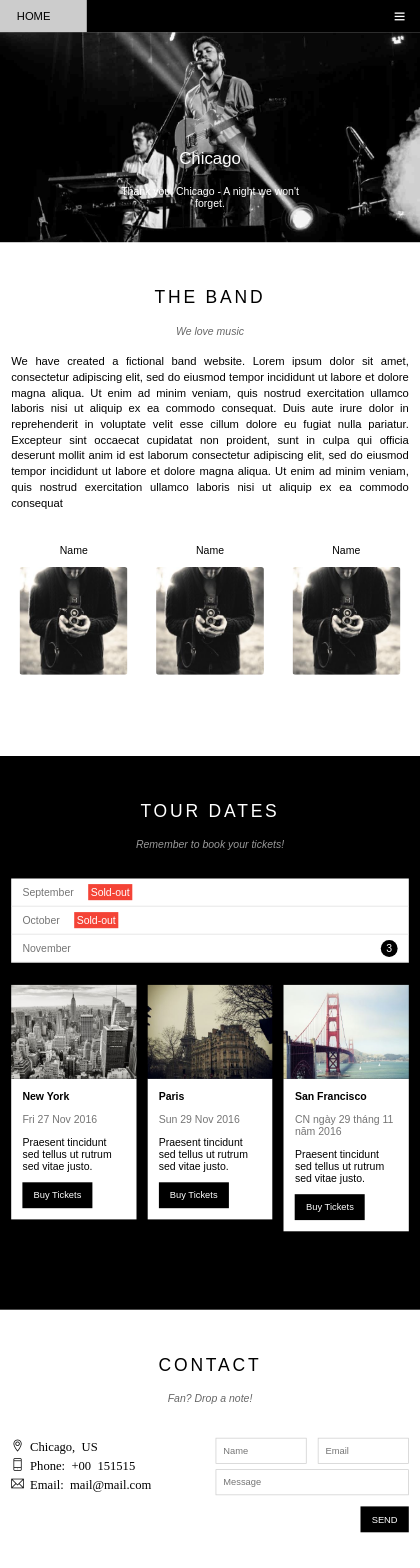
Repository: BillLee2000/w3-band
Page: index.html
These files come from the project's save history. The page is drawn as it stood at one moment and after the next save; the edit follows.
The browser window is 600 px wide. The pictures show the part of the page from y = 0 to 2240 px (the page is 2832 px tall), at 70% of full size.

Above is the page before, as saved 2021-12-15 06:42:23.

### index.html
<!DOCTYPE html>
<html lang="en">

<head>
    <meta charset="UTF-8">
    <meta http-equiv="X-UA-Compatible" content="IE=edge">
    <meta name="viewport" content="width=device-width, initial-scale=1.0">
    <link rel="icon" href="./assets/favicon/download.jpg" type="image/x-icon" />
    <link rel="stylesheet" href="./assets/css/styles.css">
    <link rel="stylesheet" href="./assets/css/responsive.css">
    <link rel="stylesheet" href="./assets/fonts/themify-icons/themify-icons.css">
    <title>The band</title>
</head>

<body>
    <div id="main">
        <div id="header">
            <ul id="nav">
                <!-- ul#nav>li*5>a -->
                <li><a href="#">Home</a></li>
                <li><a href="#band">Band</a></li>
                <li><a href="#tour">Tour</a></li>
                <li><a href="#contact">Contact</a></li>
                <li>
                    <a href="#">
                        More
                        <i class="down ti-angle-down"></i>
                    </a>
                    <ul class="subnav">
                        <li><a href="#">Merchandise</a></li>
                        <li><a href="#">Extras</a></li>
                        <li><a href="#">Media</a></li>
                    </ul>
                </li>
            </ul>
            <div class="search-btn">
                <i class="search-icon ti-search"></i>
            </div>
            <div id="mobile-menu" class="mobile-menu-btn">
                <i class="menu-icon ti-menu"></i>
            </div>
        </div>
        <div id="slide">
            <div class="text-content">
                <h2 class="text-heading">
                    Chicago
                </h2>
                <div class="text-decsription">
                    Thank you, Chicago - A night we won't forget.
                </div>
            </div>
        </div>
        <div id="content">
            <div id="band" class="content-section">
                <h2 class="section-heading">
                    THE BAND
                </h2>
                <p class="section-sub-heading">
                    We love music
                </p>
                <p class="about-text">
                    We have created a fictional band website. Lorem ipsum dolor sit amet, consectetur adipiscing elit,
                    sed do eiusmod tempor incididunt ut labore et dolore magna aliqua. Ut enim ad minim veniam, quis
                    nostrud exercitation ullamco laboris nisi ut aliquip ex ea commodo consequat. Duis aute irure dolor
                    in reprehenderit in voluptate velit esse cillum dolore eu fugiat nulla pariatur. Excepteur sint
                    occaecat cupidatat non proident, sunt in culpa qui officia deserunt mollit anim id est laborum
                    consectetur adipiscing elit, sed do eiusmod tempor incididunt ut labore et dolore magna aliqua. Ut
                    enim ad minim veniam, quis nostrud exercitation ullamco laboris nisi ut aliquip ex ea commodo
                    consequat
                </p>
                <div class="row nembers-list">
                    <div class="col col-third text-center">
                        <p class="member-name">
                            Name
                        </p>
                        <img src="./assets/img/band/member1.jpg" alt="Name" class="member-img">
                    </div>
                    <div class="col col-third text-center">
                        <p class="member-name">
                            Name
                        </p>
                        <img src="./assets/img/band/member1.jpg" alt="Name" class="member-img">
                    </div>
                    <div class="col col-third text-center">
                        <p class="member-name">
                            Name
                        </p>
                        <img src="./assets/img/band/member1.jpg" alt="Name" class="member-img">
                    </div>
                    <div class="clear"></div>
                </div>
            </div>
            <div id="tour" class="tour-section">
                <div class="content-section">
                    <h2 class="section-heading text-white">
                        TOUR DATES
                    </h2>
                    <p class="section-sub-heading text-white">
                        Remember to book your tickets!
                    </p>
                    <ul class="stickets-list">
                        <li>September <span class="sold-out">Sold-out</span></li>
                        <li>October <span class="sold-out">Sold-out</span></li>
                        <li>November <span class="quantity">3</span></li>
                    </ul>
                    <div class="row places-list">
                        <div class="col col-third">
                            <img src="./assets/img/places/place1.jpg" alt="New York" class="place-img">
                            <div class="place-content">
                                <h3 class="place-heading">
                                    New York
                                </h3>
                                <p class="place-time">
                                    Fri 27 Nov 2016
                                </p>
                                <p class="place-description">
                                    Praesent tincidunt sed tellus ut rutrum sed vitae justo.
                                </p>
                                <button class="btn js-buy-ticket">Buy Tickets</button>
                            </div>
                        </div>
                        <div class="col col-third">
                            <img src="./assets/img/places/place2.jpg" alt="New York" class="place-img">
                            <div class="place-content">
                                <h3 class="place-heading">
                                    Paris
                                </h3>
                                <p class="place-time">
                                    Sun 29 Nov 2016
                                </p>
                                <p class="place-description">
                                    Praesent tincidunt sed tellus ut rutrum sed vitae justo.
                                </p>
                                <button class="btn js-buy-ticket">Buy Tickets</button>
                            </div>
                        </div>
                        <div class="col col-third">
                            <img src="./assets/img/places/place3.jpg" alt="New York" class="place-img">
                            <div class="place-content">
                                <h3 class="place-heading">
                                    San Francisco
                                </h3>
                                <p class="place-time">
                                    CN ngày 29 tháng 11 năm 2016
                                </p>
                                <p class="place-description">
                                    Praesent tincidunt sed tellus ut rutrum sed vitae justo.
                                </p>
                                <button class="btn js-buy-ticket">Buy Tickets</button>
                            </div>
                        </div>
                        <div class="clear"></div>
                    </div>
                </div>
            </div>
            <div id="contact" class="content-section">
                <h2 class="section-heading">
                    CONTACT
                </h2>
                <p class="section-sub-heading">
                    Fan? Drop a note!
                </p>
                <div class="row contact-content">
                    <div class="col col-half contact-info">
                        <p><i class="ti-location-pin"> Chicago, US</i></p>
                        <p><i class="ti-mobile"> Phone: +00 151515</i></p>
                        <p><i class="ti-email"> Email: mail@mail.com</i></p>
                    </div>
                    <div class="col col-half contact-form">
                        <form action="">
                            <div class="row">
                                <div class="col col-half">
                                    <input placeholder="Name" type="text" name="" required id="" class="form-control">
                                </div>
                                <div class="col col-half">
                                    <input placeholder="Email" type="email" name="" required id="" class="form-control">
                                </div>

                            </div>
                            <div class="row mt-8">
                                <div class="col col-full">
                                    <input placeholder="Message" type="text" name="" required id=""
                                        class="form-control">
                                </div>
                            </div>
                            <input class="btn mt-16 pull-right" type="submit" value="SEND">
                        </form>
                    </div>
                </div>
            </div>
            <div class="map-section">
                <img src="./assets/img/map.jpg" alt="map">
            </div>

        </div>
        <div id="footer">
            <div class="social-list">
                <a href=""><i class="ti-facebook"></i></a>
                <a href=""><i class="ti-instagram"></i></a>
                <a href=""><i class="ti-youtube"></i></a>
                <a href=""><i class="ti-pinterest"></i></a>
                <a href=""><i class="ti-twitter"></i></a>
                <a href=""><i class="ti-linkedin"></i></a>
            </div>
            <p class="copyright">Powered by <a href="">w3.css</a></p>
        </div>
        <div class="modal js-modal">
            <div class="modal-container js-modal-container">
                <div class="modal-close js-modal-close">
                    <i class="ti-close"></i>
                </div>
                <header class="modal-header">
                    <i class="modal-heading-icon ti-bag"></i>
                    Tickets
                </header>
                <div class="modal-body">
                    <label for="tickets-quantity" class="modal-tickets">
                        <i class="ti-shopping-cart"></i>
                        Tickets, $15 per person
                    </label>
                    <input type="text" id="tickets-quantity" class="modal-input" placeholder="How many?">
                    <label for="tickets-email" class="modal-tickets">
                        <i class="ti-user"></i>
                        Send to
                    </label>
                    <input id="tickets-email" type="email" class="modal-input" placeholder="Enter email...">
                    <button id="buy-tickets">
                        Pay <i class="ti-check"></i>
                    </button>
                </div>
                <footer class="modal-footer">
                    <p class="modal-help">Need <a href="" class="">help?</a></p>
                </footer>
            </div>
        </div>
    </div>
    <script>
        const buyBtns = document.querySelectorAll('.js-buy-ticket') /* Lấy 3 giá trị của nut buy tickets đẩy vào buyBtns */
        const modal = document.querySelector('.js-modal') /* thêm class modal vào hằng */
        const modalClose = document.querySelector('.js-modal-close')
        const modalConainer = document.querySelector('.js-modal-container')
        function showBuyTicket() {
            /*  alert("Show") */ /* bật lên hộp thoại */
            modal.classList.add('open') /* add thêm class open vào sau modal bật của sổ hiển thị lên */
        }
        function hideBuyTicket() {
            /*  alert("Show") */ /* bật lên hộp thoại */
            modal.classList.remove('open') /* remove class open vào sau modal close để đóng cửa sổ hiển thị */
        }
        for (const buyBtn of buyBtns) {/* Vòng lặp cho từng nút(button) chạy 3 lần */
            buyBtn.addEventListener('click', showBuyTicket)/* Khi click vào ô buyTickKets sẽ chuyển đến hàm show.. */
        }
        modalClose.addEventListener('click', hideBuyTicket)
        modal.addEventListener('click', hideBuyTicket)
        modalConainer.addEventListener('click', function (event) {
            event.stopPropagation() //ngừng event nổi bọt lại
        })
    </script>
    <script>
        var header = document.getElementById('header');
        var mobileMenu = document.getElementById('mobile-menu');
        /* console.log(mobileMenu) */
        var headerHeight = header.clientHeight;
        // Dong mo mobile menu
        mobileMenu.onclick = function (){
            /* alert('Thong Bao'); */
            var isClosed = header.clientHeight === headerHeight;
            if (isClosed) {
                header.style.height = 'auto';
            }else{
                header.style.height = null;
            }
        }
        //tu dong dong khi chon menu
        var menuItems = document.querySelectorAll('#nav li a[href*="#"]');
        /* console.log(menuItems); */
        for (var i = 0;i<menuItems;i++){
            var menuItem = menuItems[i];
            menuItem.onclick = function(){
                header.style.height = null;
            }
        }
    </script>
</body>

</html>

### assets/css/styles.css
/* reset css */

* {
    padding: 0;
    margin: 0;
    box-sizing: border-box;
}

html {
    scroll-behavior: smooth; /* //hành động cuộn */
    font-family: Arial, Helvetica, sans-serif;
    /* font chu in dam */
}

#main {}

.text-white{
    color: #fff !important;
}
.row{
    margin-left: -8px;
    margin-right: -8px;
}
.row::after {
    content: "";
    display: block;
    clear: both;
}
.mt-8{
    margin-top: 8px !important;
}
.mt-16{
    margin-top: 16px !important;
}
.col {
    float: left;
    padding-left: 8px;
    padding-right: 8px;
}
.col-half{
    width: 50%;
}
.col-third{
    width: 33.33333%;
}
.col-full {
    width: 100%;
}
.text-center {
    text-align: center !important;
}

#header {
    height: 46px;
    background-color: black;
    position: fixed;
    top: 0;
    left: 0;
    right: 0;
    z-index: 1;
    overflow: hidden;
}
#header .mobile-menu-btn,
#header .search-btn {
    float: right;
    padding: 0 21px;
}
#header .mobile-menu-btn:hover {
    background-color: #ccc;
}
#header .mobile-menu-btn:hover .menu-icon {
    color: #000;
}
#header .search-btn:hover {
    background-color: #f44336;
    cursor: pointer;
}
#header .menu-icon,
#header .search-icon {
    color: #fff;
    line-height: 46px;
}

#nav {
    display: inline-block;
}

#nav>li {
    display: inline-block;
}

#nav li {
    position: relative;
}

#nav .down {
    font-size: 14px;
}

#nav>li>a {
    color: #fff;
    text-transform: uppercase;
}

#nav li a {
    text-decoration: none;
    line-height: 46px;
    padding: 0 24px;
    display: block;
}

#nav .subnav li:hover a,
#nav>li:hover>a {
    color: #000;
    background-color: #ccc;
}

#nav li:hover .subnav {
    display: block;
}

#nav,
.subnav {
    list-style-type: none;
    /* bor dau cham dau dong */
}

#nav .subnav {
    display: none;
    min-width: 160px;
    top: 100%;
    left: 0;
    position: absolute;
    background-color: #fff;
    box-shadow: 0 0 10px rgba(0, 0, 0, 0.3);
}

#nav .subnav a {
    color: #000;
    padding: 0 12px;
    line-height: 38px;
}

#slide {
    margin-top: 46px;
    padding-top: 50%;
    background: url("/assets/img/slider/slider1.jpg") top center / cover no-repeat;
    position: relative;
}

#slide .text-content {
    color: #fff;
    position: absolute;
    left: 50%;
    bottom: 47px;
    transform: translate(-50%);
    /* Cách 1 */
    /* Width: 100%; */
    /* cach 2 */
    /* Cách 3: left: 0; right: 0; */
    text-align: center;
}

#slide .text-heading {
    font-size: 24px;
    font-weight: 500;
}

#slide .text-decsription {
    font-size: 15px;
    margin-top: 25px;
}
.pull-right {
    float: right !important;
}
.btn{
    color: #fff;
    background-color: #000;
    text-decoration: none;
    padding: 11px 16px;
    display: inline-block;
    margin-top: 15px;
    border: none;
}
.btn:hover {
    cursor: pointer;
    color: #000;
    background-color: #ccc;
}

#content {}

#content .content-section{
    width: 800px;
    max-width: 100%;
    padding: 64px 0 112px;
    margin-left: auto;
    margin-right: auto;
    padding-left: 16px;
    padding-right: 16px;
}
#content .section-heading{
    font-weight: 500;
    text-align: center;/* Can giua */
    font-size: 25px;
    letter-spacing: 4px;/* Khoảng cách các chữ cái */
}
#content .section-sub-heading{
    text-align: center;
    margin-top: 25px;
    font-size: 15px;
    font-style: italic;
    opacity: 0.6;/* Giam 40% đô đậm của chữ */
}
#content .about-text {
    margin-top: 25px;
    text-align: justify;
    line-height: 1.4;
}
#content .nembers-list{
    margin-top: 48px;
}
/* #content .member-item { */
    /* float: left; */
    /* width: calc(100% / 3); */
   /*  width: 33.333333%; */
    /* text-align: center; */
/* } */
#content .member-name{
    font-size: 15px;
}
#content .member-img{
    margin-top: 15px;
    width: 154px;
    border-radius: 4px;
    overflow: hidden;/* Xóa font float:left; */
}
#content .clear{
    clear: both;
}
#content .tour-section{
    background-color: #000;

}
.stickets-list{
    background-color: #fff;
    margin-top: 40px;
    list-style: none;
}
.stickets-list li{
    font-size: 15px;
    padding: 11px 16px;
    border-bottom:  1px solid #ddd;
    color: #757575;
}
.stickets-list .sold-out {
    background-color: #f44336;
    padding: 3px 4px;
    color: #fff;
    margin-left: 16px;
}
.stickets-list .quantity{
    float: right;
    width: 24px;
    height: 24px;
    color: #fff;
    text-align: center;
    line-height: 24px;
    background-color: #000;
    border-radius: 50%;
    margin-top: -3px;
}

.tour-section .places-list{
    margin-top: 32px;
}

.tour-section .place-img{
    width: 100%;
    display: block;
}
.tour-section .place-img:hover{
    opacity: 0.6;
}
.tour-section .place-content{
    background-color: #fff;
    padding: 16px;
    font-size: 15px;
}
.tour-section .place-heading{
    font-weight: 600;
    font-size: 15px;
}
.tour-section .place-time{
    margin-top: 16px;
    color: #757575;
}
.tour-section .place-description{
    margin-top: 16px;
}
.contact-content{
    margin-top: 48px;
}
.contact-form {
    font-size: 15px;
}
.contact-content .contact-info{
    font-size: 18px;
    line-height: 1.5;
}
.contact-form .form-control {
    padding: 10px;
    border: 1px solid #ccc;
    width: 100%;
    outline: none;
}
.contact-info i[class*="ti-"] {
    width: 30px;
}

#footer {}

.modal {
    position: fixed;
    top: 0;
    left: 0;
    right: 0;
    bottom: 0;
    background: rgba(0, 0, 0, 0.4);
    display: none;
    align-items: center;
    justify-content: center;

}

.modal.open {
    display: flex;
}

.modal-container{
    width: 900px;
    min-height: 200px;
    background-color: #fff;
    position: relative;
    max-width: calc(100% - 32px);
    animation: modalFadeIn ease 0.5s;
}
.modal .modal-close{
    position: absolute;
    right: 0;
    top: 0;
    color: #fff;
    padding: 12px;
    cursor: pointer;
    opacity: 0.8;
}
.modal-close:hover{
    opacity: 1;
    background-color: #ccc;
}
.modal .modal-header{
    background-color: #009688;
    height: 130px;
    display: flex;
    align-items: center;
    justify-content: center;
    font-size: 30px;
    color: #fff;
}
.modal-body{
    padding: 16px;
}
.modal-tickets{
    display: block;
    font-size: 15px;
    margin-bottom: 15px;
}
.modal-input{
    border: 1px solid #ccc;
    width: 100%;
    padding: 10px;
    font-size: 15px;
    margin-bottom: 24px;
}
.modal-heading-icon{
    margin-right: 16px;
}
#buy-tickets{
    color: #fff;
    background: #009688;
    border: none;
    width: 100%;
    font-size: 15px;
    text-transform: uppercase;
    padding: 18px;
}
#buy-tickets:hover {
    cursor: pointer;
    opacity: 0.9;
}
.map-section img {
    width: 100%;
}
#footer {
    padding: 64px 16px;
    text-align: center;
}
#footer .social-list {
    font-size: 24px;
}
#footer .social-list a {
    color: rgba(0 ,0 ,0 ,0.6);
    text-decoration: none;
}
#footer .copyright a:hover,
#footer .social-list a:hover {
    color: rgba(0 ,0 ,0 ,0.4);
}
#footer .copyright {
    margin-top: 15px;
    color: rgba(0 ,0 ,0 ,0.6);
}
.modal-footer {
    padding: 16px;
    text-align: right;
}
.modal-footer a {
    color: #2196F3;
}
@keyframes modalFadeIn{
    from {
        opacity: 0;
        transform: translateY(-140px);
    }
    to{
        opacity: 1;
        transform: translateY(0);
    }
}
/* PC */
@media(min-width: 1024px){

}
/* Tablet */
@media (min-width: 740px) and (max-width:1023px){

}
@media(max-width: 740px){

}

### assets/css/responsive.css
/* PC */
@media(min-width: 1024px){

}
/* Tablet */
@media (min-width: 740px) and (max-width:1023px){

}
/* Mobile */
@media(max-width: 740px){
    #nav>li {
        display: block;
    }
    #header .search-btn {
        display: none;
    }
}

Loaded but not shown: assets/fonts/themify-icons/themify-icons.css (common file)

After the next save:
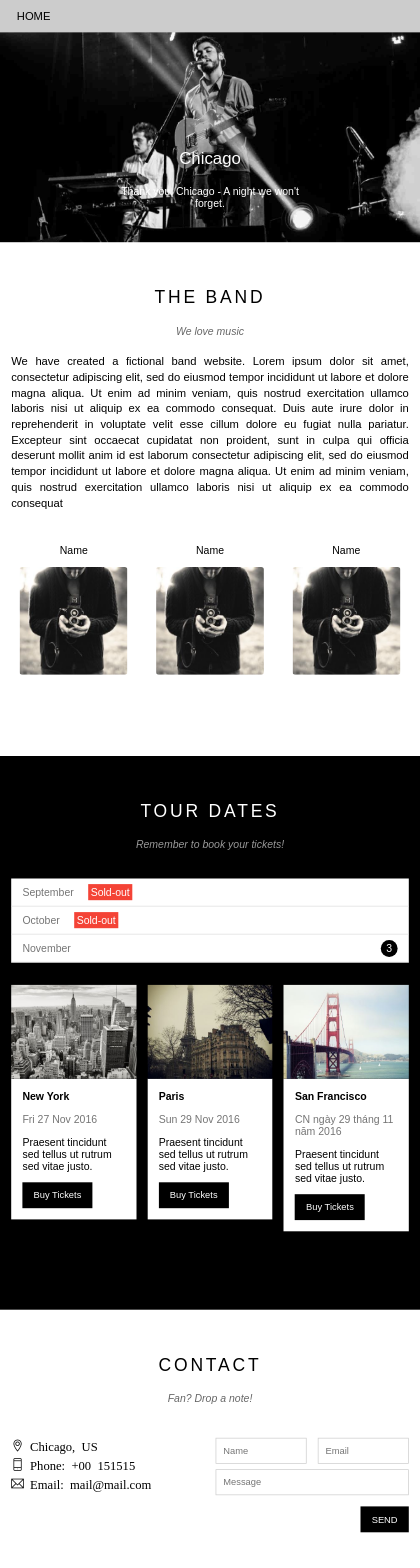
Saved 22 h 17 min later.
--- a/assets/css/responsive.css
+++ b/assets/css/responsive.css
@@ -8,6 +8,9 @@
 }
 /* Mobile */
 @media(max-width: 740px){
+    #nav {
+        display: block;
+    }
     #nav>li {
         display: block;
     }
